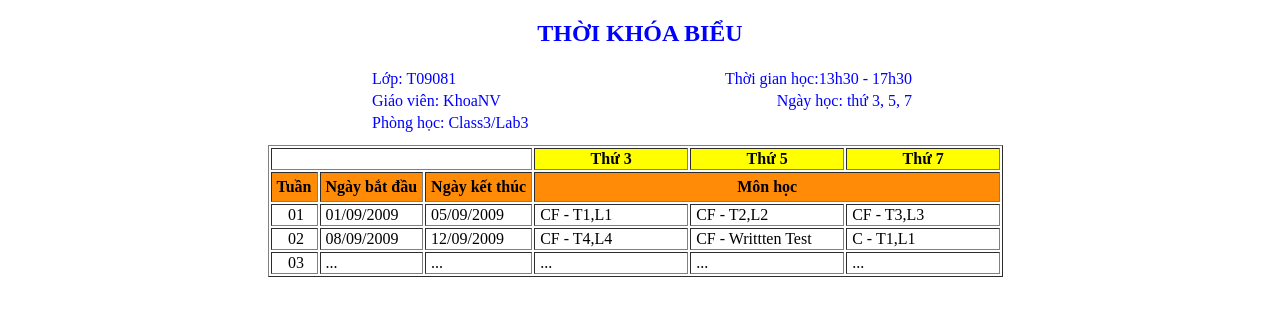
Repository: Lehuyhuynh/BT1-HTML
Page: index.html
The author's editor kept a copy of each file at every save. The page is drawn from the files as they stood at one save, then again after the next save.
The browser window is 1280 px wide. The pictures show the whole page.

Above is the page before, as saved 2023-08-06 22:25:44.

### index.html
<!DOCTYPE html>
<html lang="en">
<head>
  <meta charset="UTF-8">
  <meta name="viewport" content="width=device-width, initial-scale=1.0">
  <title>THỜI KHÓA BIỂU</title>

  <style>

    h2{
      text-align: center;
      color: blue;
    }
    #table1{
      width: 550px;
    margin-left: auto;
    margin-right: auto;
    margin-bottom: 10px;
    }
    #table2{
      width: 745px;
    display: block;
    margin-left: auto;
    margin-right: auto;
    }

    #rank{
      width: 150px;
      background-color: yellow;
    }
    #week{
      padding: 5px 5px;
    }
    #extended-time{
      padding: 5px 5px;
    }

    td{
      padding-left: 5px;
    }

  </style>

</head>
<body>

  <div >


      <h2> THỜI KHÓA BIỂU</h2>

    <div>
      <table id="table1">
          <tr>
              <td align="left" style="color: blue;">Lớp: T09081</td>
              <td align="right" style="color: blue;">Thời gian học:13h30 - 17h30</td>
          </tr>
          <tr>
              <td align="left" style="color: blue;">Giáo viên: KhoaNV</td>
              <td align="right" style="color: blue;">Ngày học: thứ 3, 5, 7 </td>
          </tr>
          <tr>
              <td align="left" style="color: blue;">Phòng học: Class3/Lab3</td>
          </tr>
      </table>
  </div>

    <div id="table2">
      <table border="1">
        <thead>

          <tr>
            <th colspan="3"></th>
            <th id="rank" >Thứ 3</th>
            <th id="rank">Thứ 5</th>
            <th id="rank">Thứ 7</th>
          </tr>

          <tr style="background-color: rgba(255, 136, 0, 0.973);">
            <th id="week">Tuần</th>
            <th id="extended-time">Ngày bắt đầu</th>
            <th id="extended-time">Ngày kết thúc</th>
            <th colspan="3">Môn học</th>
          </tr>

        </thead>

        <tr>
          <td id="number" style="text-align: center;">01</td>
          <td>01/09/2009</td>
          <td>05/09/2009</td>
          <td>CF - T1,L1</td>
          <td>CF - T2,L2</td>
          <td>CF - T3,L3</td>
        </tr>

        <tr>
          <td id="number" style="text-align: center;">02</td>
          <td>08/09/2009</td>
          <td>12/09/2009</td>
          <td>CF - T4,L4</td>
          <td>CF - Writtten Test</td>
          <td>C - T1,L1</td>
        </tr>

        <tr>
          <td id="number" style="text-align: center;">03</td>
          <td>...</td>
          <td>...</td>
          <td>...</td>
          <td>...</td>
          <td>...</td>
        </tr>

      </table>
    </div>


  </div>

</body>
</html>

After the next save:
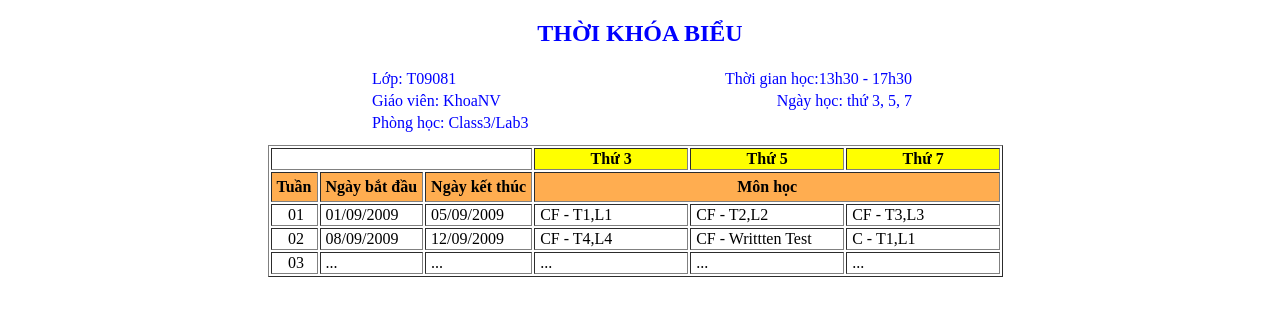
Saved 5 s later.
--- a/index.html
+++ b/index.html
@@ -76,7 +76,7 @@
             <th id="rank">Thứ 7</th>
           </tr>
 
-          <tr style="background-color: rgba(255, 136, 0, 0.973);">
+          <tr style="background-color: rgba(255, 136, 0, 0.685);">
             <th id="week">Tuần</th>
             <th id="extended-time">Ngày bắt đầu</th>
             <th id="extended-time">Ngày kết thúc</th>
